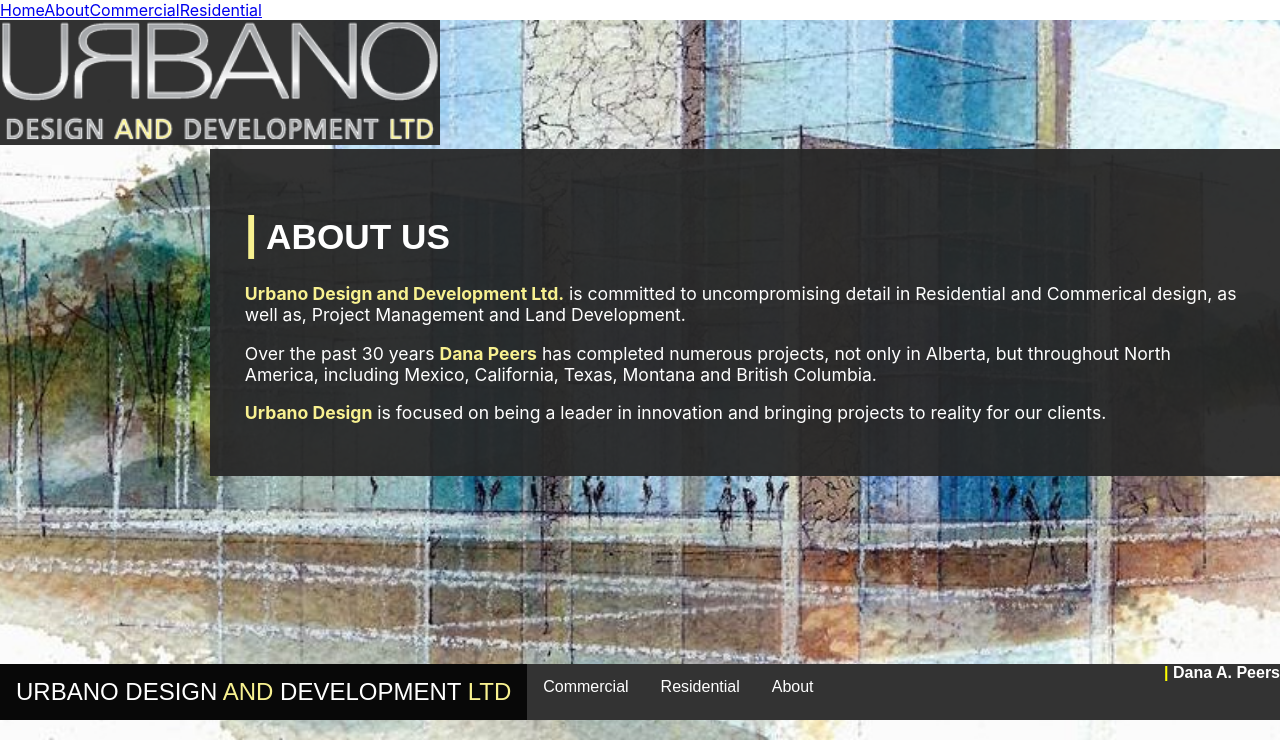
Repository: AndyXia-6/AndyXia-6.github.io
Page: / (app in urbano-page/)
An editor plug-in stored every save of this project. The page is shown before and after the next save, followed by the edit.
The browser window is 1280 px wide. The pictures show the whole page.
The project was rebuilt for these pictures with package versions that can differ from the ones it lists, and the page was loaded fresh each time. Also part of the build but not shown: urbano-page/src/Pages/Commercial.js, urbano-page/src/Pages/About.js, urbano-page/src/Pages/Residential.js. Imported but missing from the stored project, and not drawn on this page: urbano-page/src/Pages/Error.

Above is the page before, as saved 2022-08-06 23:38:38.

After the next save:
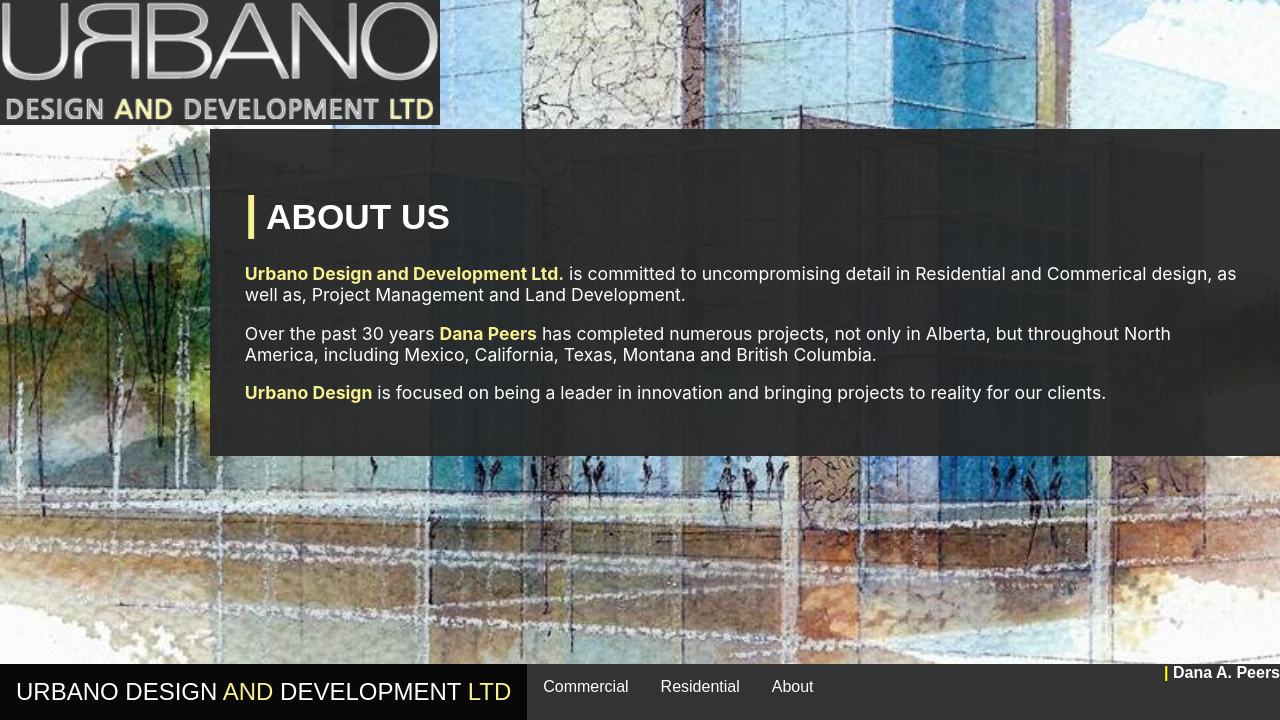
Saved 15 s later.
--- a/urbano-page/src/App.js
+++ b/urbano-page/src/App.js
@@ -11,12 +11,6 @@ import Footer from "./footer";
 function App() {
   return (
     <Router>
-      <nav>
-        <Link to="/">Home</Link>
-        <Link to="/about">About</Link>
-        <Link to="/commercial">Commercial</Link>
-        <Link to="/residential">Residential</Link>
-      </nav>
       <Routes>
         <Route path="/" element={<Home />} />
         <Route path="/about" element={<About />} />
